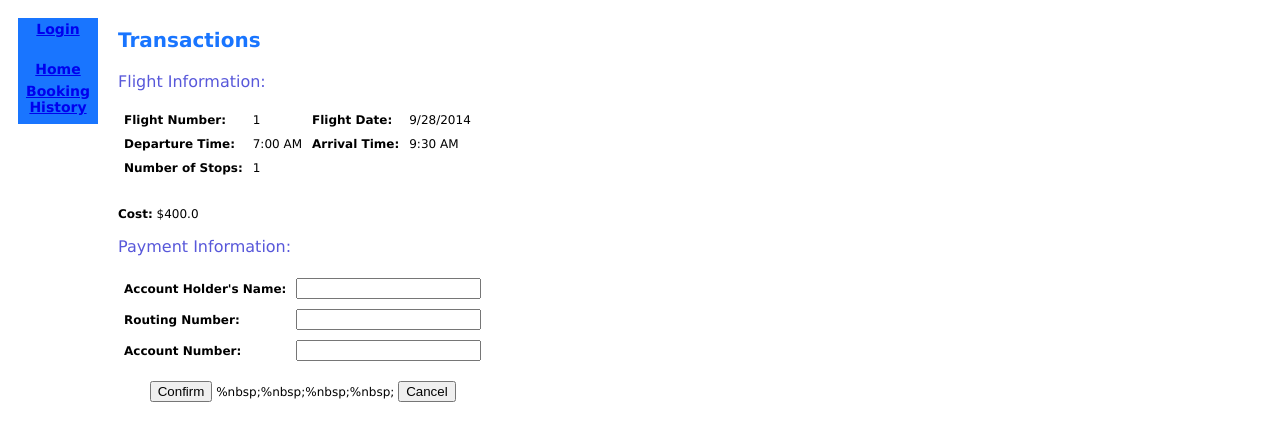
Repository: jliu9000/CSE-464---Flight-Pages
Page: http://localhost/HW1/Transaction.jsp
These files come from the project's save history. The page is drawn as it stood at one moment and after the next save; the edit follows.
The browser window is 1280 px wide. The pictures show the whole page.
Some web libraries are served in a nearby version. The page is served by Tomcat 9.

Above is the page before, as saved 2014-09-26 01:12:55.

After the next save:
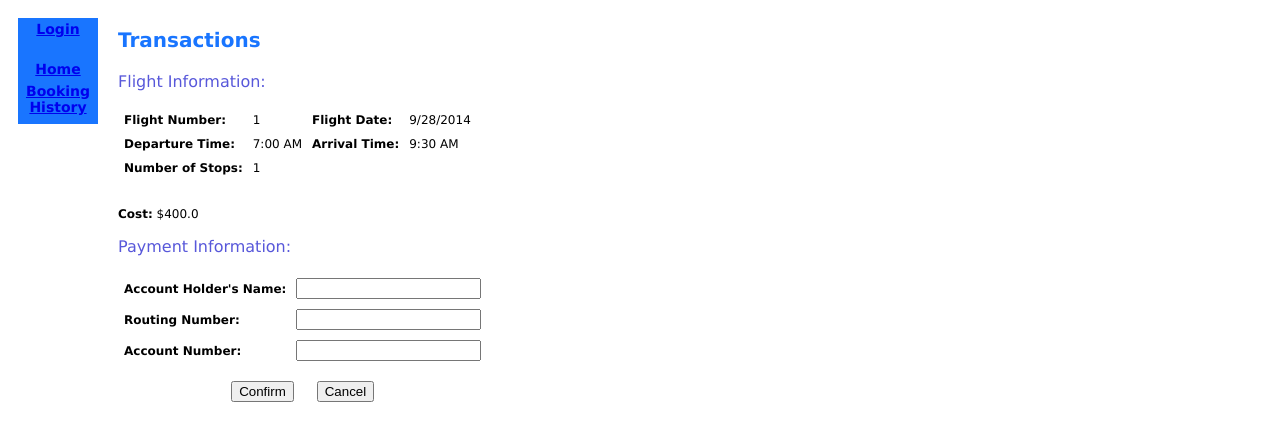
Saved 18 s later.
--- a/HW1/WebContent/Transaction.jsp
+++ b/HW1/WebContent/Transaction.jsp
@@ -62,7 +62,7 @@
 				<tr>
 					<td class='button' colspan=2>
 						<input type="submit" value="Confirm"></input>
-				        %nbsp;%nbsp;%nbsp;%nbsp;
+				        &nbsp;&nbsp;&nbsp;&nbsp;
 						<button type="button" onclick="Cancel()">Cancel</button></a>
 					</td>
 				</tr>
